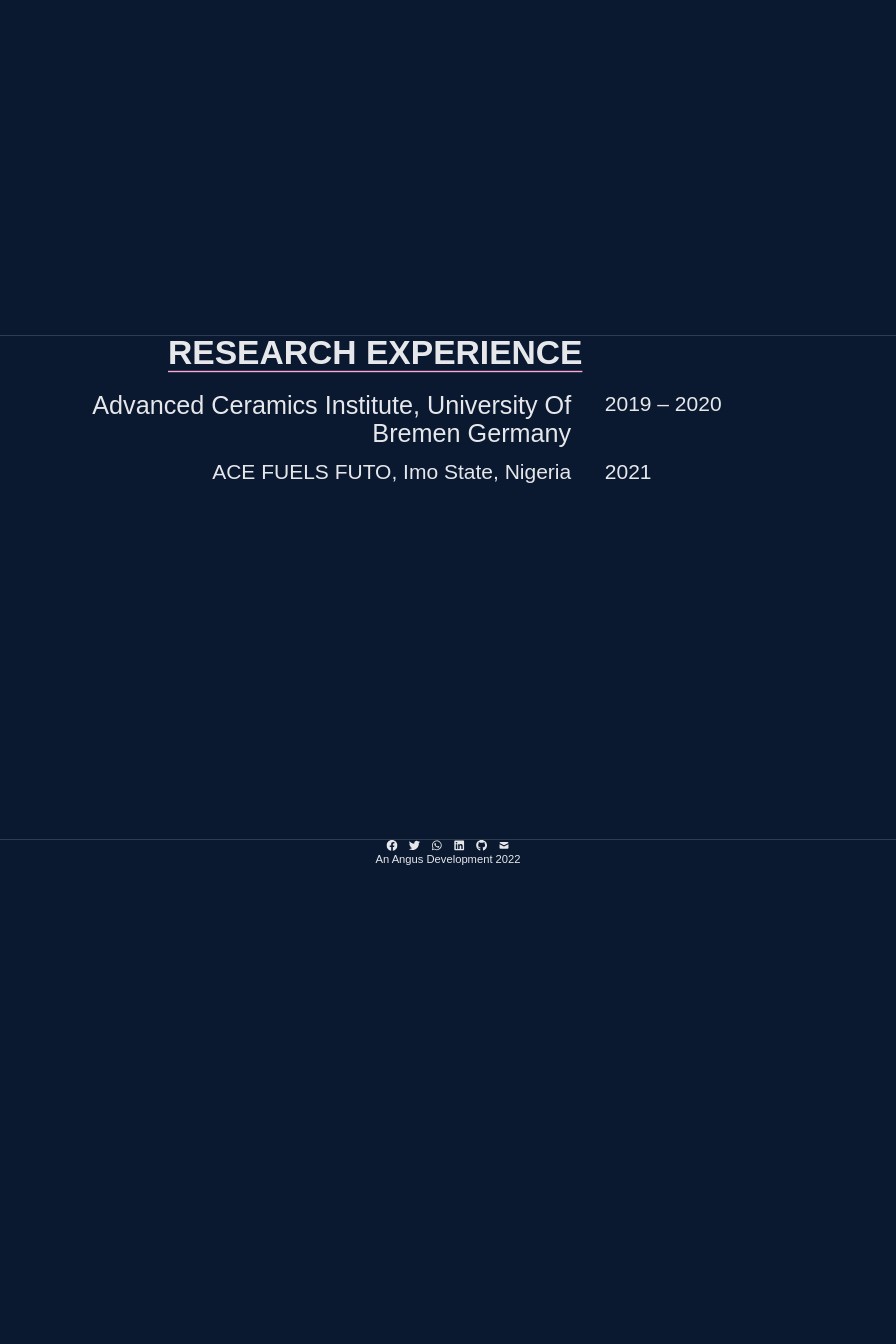
Repository: AngusOnyebuchi/AngusOnyebuchi.github.io
Page: /
The author's editor kept a copy of each file at every save. The page is drawn from the files as they stood at one save, then again after the next save.
The browser window is 1280 px wide. The pictures show the part of the page from y = 1054 to 2974 px (the page is 2974 px tall), at 70% of full size.
The project was rebuilt for these pictures with package versions that can differ from the ones it lists, and the page was loaded fresh each time.

Above is the page before, as saved 2022-04-17 20:43:39.

After the next save:
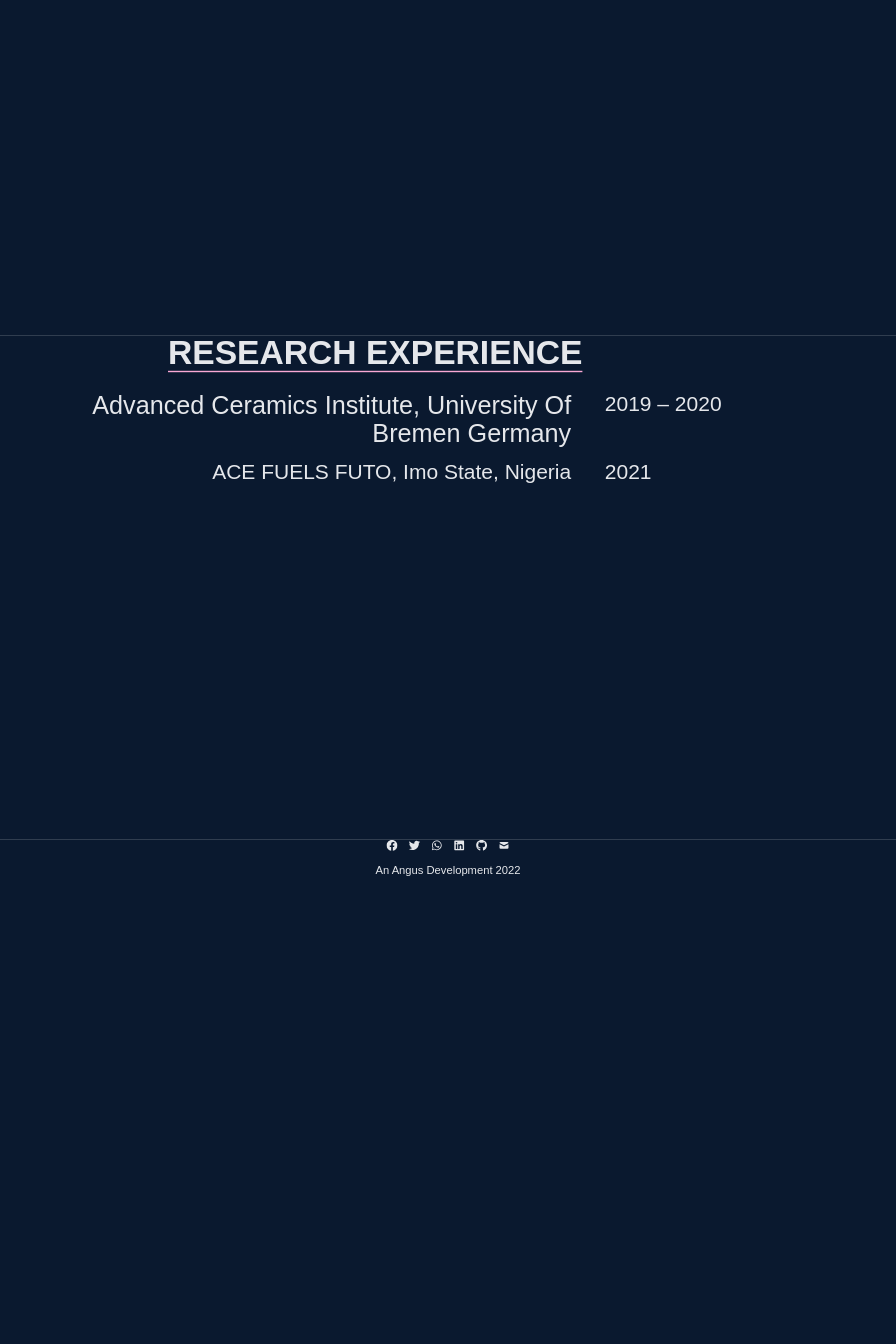
Saved 24 s later.
--- a/src/components/Contact.js
+++ b/src/components/Contact.js
@@ -14,7 +14,7 @@ export default function Contact() {
                 <FaGithub/>
                 <HiMail/>
             </div>
-            <p className="text-center">An Angus Development 2022</p>
+            <p className="text-center mt-4">An Angus Development 2022</p>
         </div>
     )
 }
